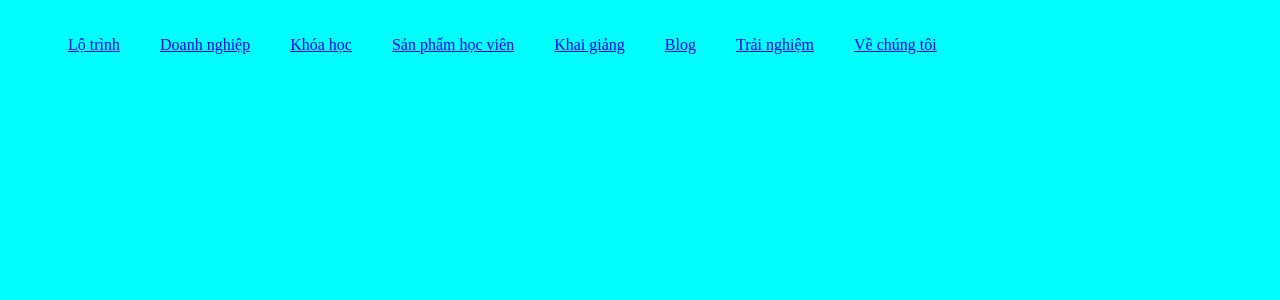
Repository: khanhnahk306/khanhnahk.github.io
Page: flexbox/html/megamenu.html
These files come from the project's save history. The page is drawn as it stood at one moment and after a run of saves; the edit follows.
The browser window is 1280 px wide. The pictures show the whole page.

Above is the page before, as saved 2022-01-28 10:42:38.

After the next 3 saves:
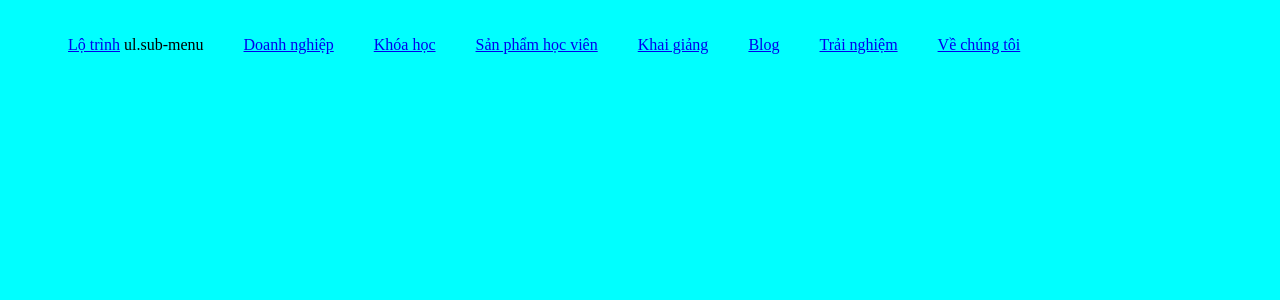
The 3 saves are shown as one change because they came seconds apart.
The last was saved 7 s later.
--- a/flexbox/html/megamenu.html
+++ b/flexbox/html/megamenu.html
@@ -13,7 +13,7 @@
         <ul class="nav">
             <li>
                 <a href="#">Lộ trình</a>
-                <ul.
+                ul.sub-menu
             </li>
             <li>
                 <a href="#">Doanh nghiệp</a>

After the 4 saves that followed:
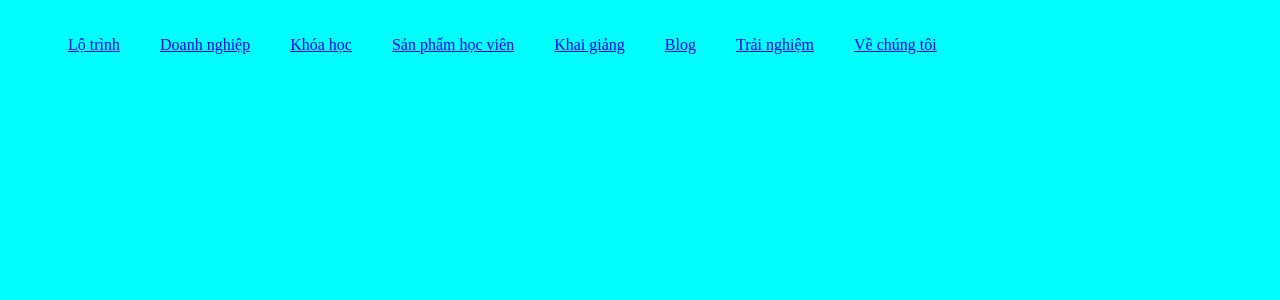
The 4 saves are shown as one change because they came seconds apart.
The last was saved 17 s later.
--- a/flexbox/html/megamenu.html
+++ b/flexbox/html/megamenu.html
@@ -13,7 +13,9 @@
         <ul class="nav">
             <li>
                 <a href="#">Lộ trình</a>
-                ul.sub-menu
+                <ul class="sub-menu">
+                    <a></a>
+                </ul>
             </li>
             <li>
                 <a href="#">Doanh nghiệp</a>
